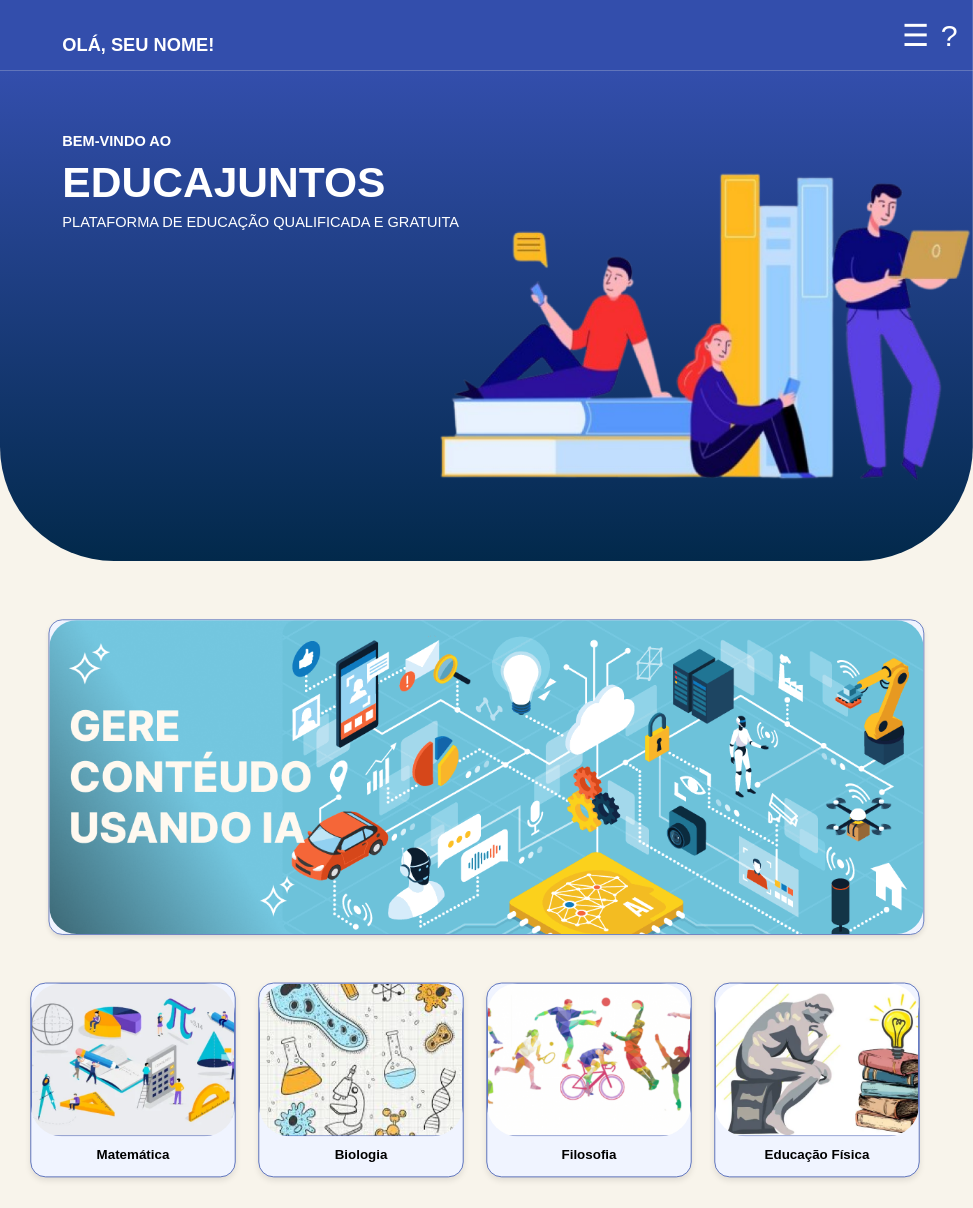
Repository: Matheus904-12/EDUCAJUNTOS
Page: inicio/index.html
These files come from the project's save history. The page is drawn as it stood at one moment and after the next save; the edit follows.
The browser window is 1280 px wide. The pictures show the whole page, at 76% of full size.

Above is the page before, as saved 2024-10-28 19:55:33.

After the next save:
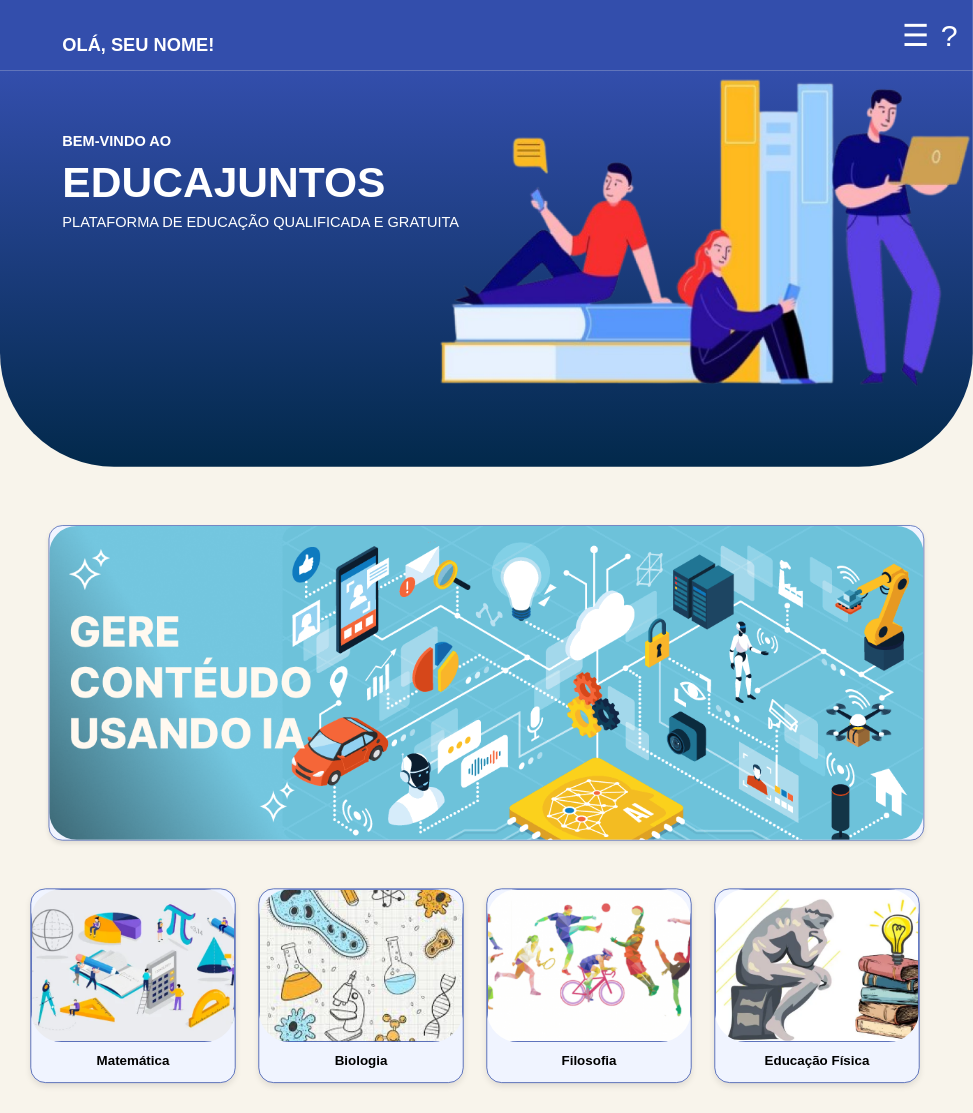
Saved 61 s later.
--- a/inicio/style.css
+++ b/inicio/style.css
@@ -80,7 +80,7 @@ nav {
     margin-left: 40%;
     width: 802px;
     height: 580px;
-    margin-top: -15%;
+    margin-top: -25%;
 }
 
 .hero-image img {
